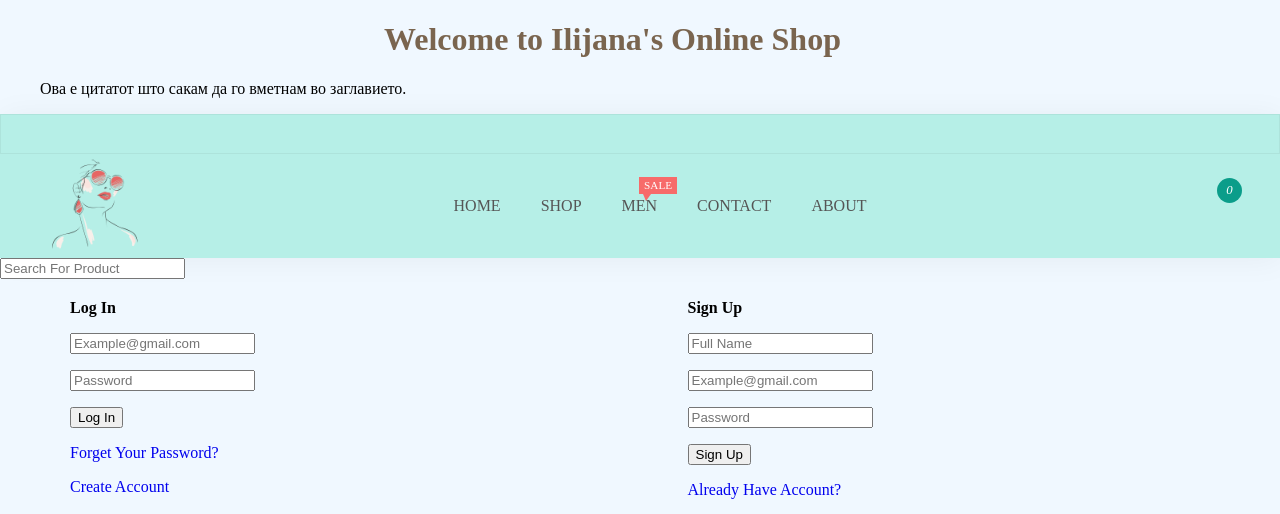
Repository: ilijana123/Proekt1
Page: html.html
An editor plug-in stored every save of this project. The page is shown before and after the next save, followed by the edit.
The browser window is 1280 px wide. The pictures show the part of the page from y = 0 to 514 px (the page is 4364 px tall before and 4329 px after).
Pictures or frames that could not be fetched are drawn as grey boxes. A picture or video elsewhere on the page could not be fetched, so the positions and the page height are approximate. The page's requests for data from a server got no answer.

Above is the page before, as saved 2023-11-13 03:39:56.
Console error: TypeError: Cannot read properties of null (reading 'appendChild')

After the next save:
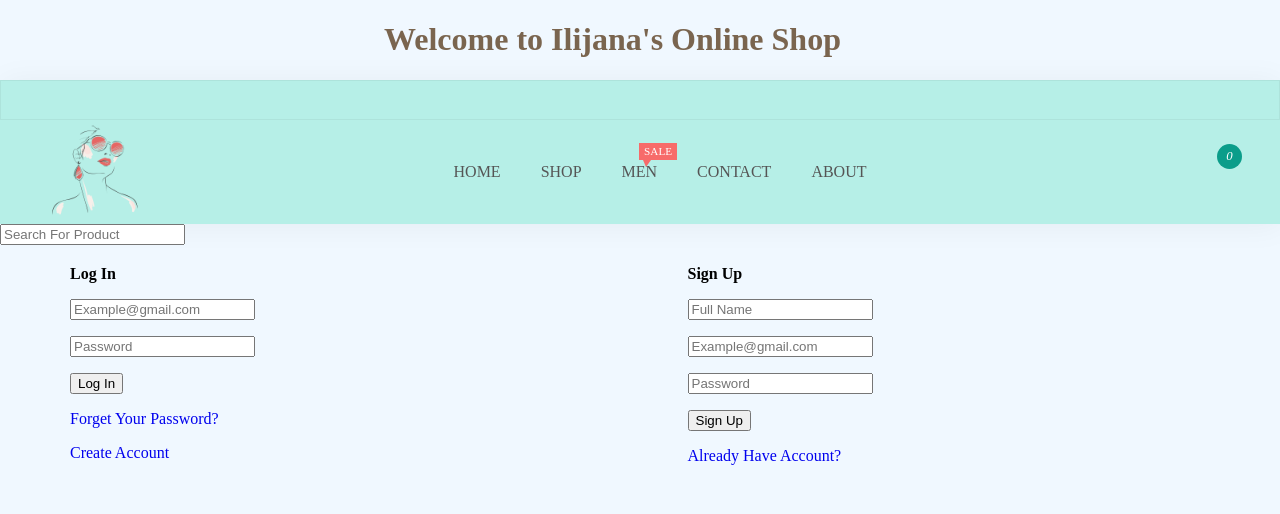
Saved 2 min 1 s later.
--- a/html.html
+++ b/html.html
@@ -12,9 +12,6 @@
     <body>
     <header>
        <h1>Welcome to Ilijana's Online Shop</h1>
-       <blockquote>
-    <p>Ова е цитатот што сакам да го вметнам во заглавието.</p>
-</blockquote>
     </header>
     <nav>
  <div class="social-call">

After the save that followed:
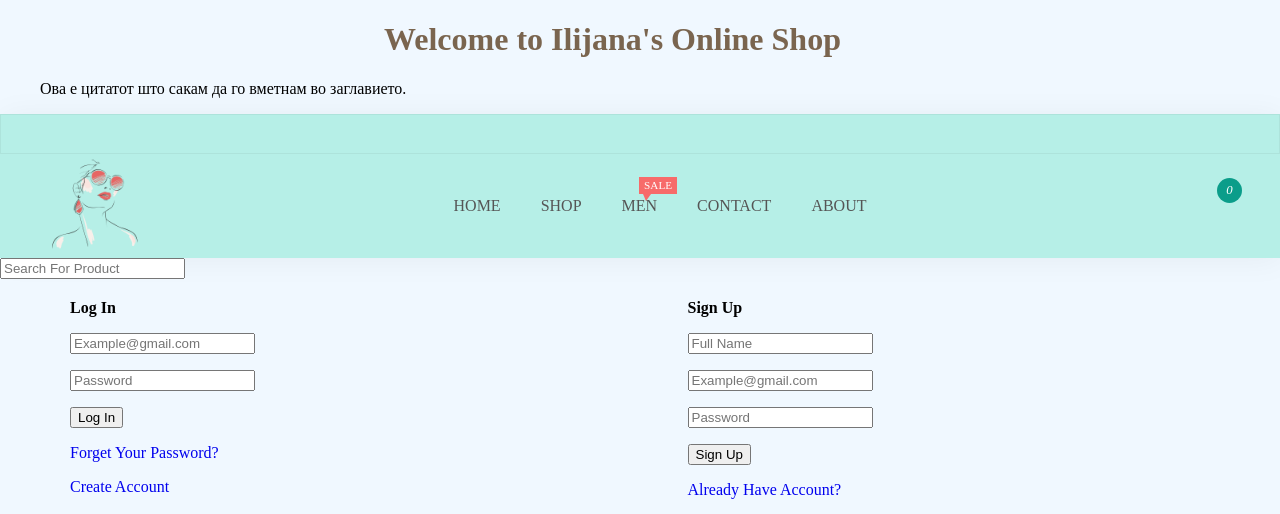
Saved 7 s later.
--- a/html.html
+++ b/html.html
@@ -12,6 +12,9 @@
     <body>
     <header>
        <h1>Welcome to Ilijana's Online Shop</h1>
+       <blockquote>
+    <p>Ова е цитатот што сакам да го вметнам во заглавието.</p>
+</blockquote>
     </header>
     <nav>
  <div class="social-call">
